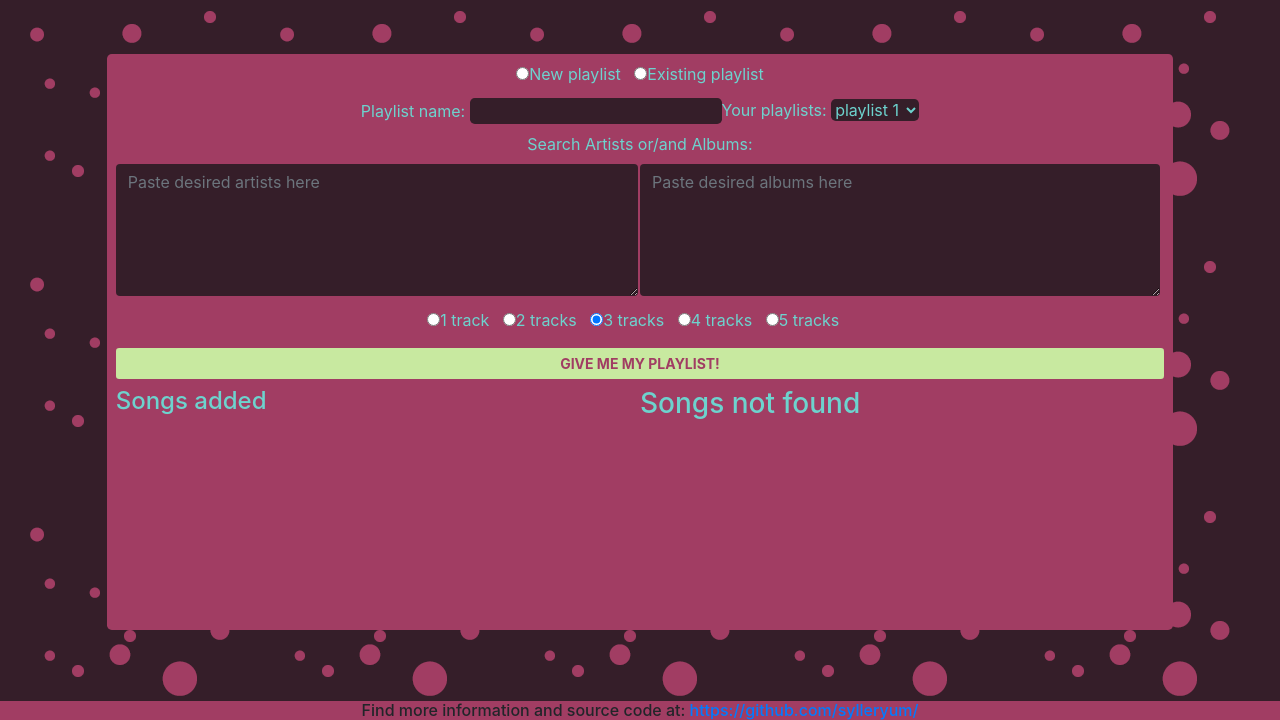
Repository: sylleryum/Frontend
Page: GetTopTracks/index.html
These files come from the project's save history. The page is drawn as it stood at one moment and after a run of saves; the edit follows.
The browser window is 1280 px wide. The pictures show the whole page.

Above is the page before, as saved 2019-10-13 18:30:21.

### GetTopTracks/index.html
<!doctype html>
<html lang="en">

<head>
     <title>Get top tracks from Artists and albums</title>
     <!-- Required meta tags -->
     <meta charset="utf-8">
     <meta name="viewport" content="width=device-width, initial-scale=1, shrink-to-fit=no">

     <!-- Bootstrap CSS -->
     <link rel="stylesheet" href="https://stackpath.bootstrapcdn.com/bootstrap/4.3.1/css/bootstrap.min.css"
          integrity="sha384-ggOyR0iXCbMQv3Xipma34MD+dH/1fQ784/j6cY/iJTQUOhcWr7x9JvoRxT2MZw1T" crossorigin="anonymous">

     <!-- main CSS-->
     <link rel="stylesheet" href="style.css">

</head>

<body class="background-master">
     <form action="searchTrack" id="submit-btn" onsubmit="return validation()">
          <div class="container-fluid h-95">
               <div class="row align-items-center justify-content-center h-95">
                    <div class="h-80 col-md-10 bg-4 text-1 rounded-lg pl-4 pr-4 pt-2 overflow-auto"  id="internal-container">

                         <div class="row main-select pb-1 justify-content-center">
                              <label><input type="radio" id="rNew" name="playlistRadio" value="new"
                                   onchange="radioChecker()">New
                              playlist&nbsp;&nbsp;&nbsp;</label>
                              <label><input type="radio" id="rExisting" name="playlistRadio" value="existing"
                                   onchange="radioChecker()">Existing
                              playlist</label>
                         </div>
                         <div class="row main-playlist pb-2 justify-content-center">
                              <div id="new-playlist" class="block-style">
                                   Playlist name: <input type="text" class="rounded-lg border-0 bg-5 text-1" id="playlistName"
                                        name="playlistName" />
                              </div>
                              <div id="existing-playlist" class="block-style">
                                   <span>Your playlists:</span>
                                   <select name="selectPlaylist" class="rounded-lg border-0 bg-5 text-1">
                                        <option>playlist 1</option>
                                        <option>playlist 2</option>
                                        <option>playlist 3</option>
                                        <option>playlist 4</option>
                                        <!-- <c:forEach var="items" items="${playlists}">
                                        <option value="${items.getId()}">${items.getName()}</option>
                                   </c:forEach> -->
                                   </select>
                              </div>
                         </div>
                         <div class="row pb-2 justify-content-center">
                              Search Artists or/and Albums:
                         </div>
                         <div class="row main-textarea form-group pr-1 mb-0 pb-2">
                              <div class="col-md-6 p-0 mb-1">
                                   <textarea class="textarea-search form-control md-textarea bg-5 text-1 border-0" rows="5" id="searchNameArtist"
                                        name="searchNameArtist" placeholder="Paste desired artists here"></textarea>
                              </div>
                              <div class="col-md-6 p-0 small-padding">
                                   <textarea class="textarea-search form-control md-textarea bg-5 text-1 border-0" rows="5" id="searchNameAlbum"
                                        name="searchNameAlbum" placeholder="Paste desired albums here"></textarea>
                              </div>
                         </div>
                         <div class="row track-amount pb-2 justify-content-center text-center">
                              <label><input type="radio" id="rAmount1" name="playlistRadio" value="rAmount2" onchange="">1 track&nbsp;&nbsp;&nbsp;</label>
                              <label><input type="radio" id="rAmount2" name="playlistRadio" value="rAmount2" onchange="">2 tracks&nbsp;&nbsp;&nbsp;</label>
                              <label><input type="radio" id="rAmount3" name="playlistRadio" value="rAmount3" checked onchange="">3 tracks&nbsp;&nbsp;&nbsp;</label>
                              <label><input type="radio" id="rAmount4" name="playlistRadio" value="rAmount4" onchange="">4 tracks&nbsp;&nbsp;&nbsp;</label>
                              <label><input type="radio" id="rAmount5" name="playlistRadio" value="rAmount4" onchange="">5 tracks&nbsp;&nbsp;&nbsp;</label>
                         </div>
                         <div class="row main-go pb-2 justify-content-center ">
                              <button type="submit" class="btn bg-2 btn-sm btn-block text-uppercase font-weight-bold text-4" id="submit-button">
                                   Give me my playlist!
                              </button>
                         </div>

                         <div class="row results-menu">
                              <div class="success col-md-6 p-0">
                                   <h4>Songs added</h4>

                              </div>
                              <div class="failure col-md-6 p-0">
                                   <h3>Songs not found</h3>

                              </div>
                         </div>

                    </div>

               </div>

          </div>
     </form>
     <footer class="text-center m-0 p-0 bg-4 footer-clear">
          <h6 class="p-0 m-0 text-w">Find more information and source code at: <a href="https://github.com/sylleryum/">
                    https://github.com/sylleryum/</a></h6>

     </footer>







     <!-- Optional JavaScript -->
     <!-- jQuery first, then Popper.js, then Bootstrap JS -->
     <script src="https://code.jquery.com/jquery-3.3.1.slim.min.js"
          integrity="sha384-q8i/X+965DzO0rT7abK41JStQIAqVgRVzpbzo5smXKp4YfRvH+8abtTE1Pi6jizo"
          crossorigin="anonymous"></script>
     <script src="https://cdnjs.cloudflare.com/ajax/libs/popper.js/1.14.7/umd/popper.min.js"
          integrity="sha384-UO2eT0CpHqdSJQ6hJty5KVphtPhzWj9WO1clHTMGa3JDZwrnQq4sF86dIHNDz0W1"
          crossorigin="anonymous"></script>
     <script src="https://stackpath.bootstrapcdn.com/bootstrap/4.3.1/js/bootstrap.min.js"
          integrity="sha384-JjSmVgyd0p3pXB1rRibZUAYoIIy6OrQ6VrjIEaFf/nJGzIxFDsf4x0xIM+B07jRM"
          crossorigin="anonymous"></script>
</body>

</html>

### GetTopTracks/style.css
.footer-clear {
     width: 100%;
     position: fixed;
     bottom: 0%;
}

.background-master {
     background: url(images/bb.png) repeat;
}

button:hover {
     background-color: #7d9263!important;
     text-decoration: underline!important;
}


.h-100 {
     min-height: 100vh;
}

.h-95 {
     min-height: 95vh;
}

.h-80 {
     min-height: 80vh;
     max-height: 90vh;
}

.bg-1 {
     background: #6dd3ce!important
}

.bg-2 {
     background: #c8e9a0!important
}

.bg-3 {
     background: #f7a278!important
}

.bg-4 {
     background: #a13d63!important
}

.bg-5 {
     background: #351e29!important
}

.text-1 {
     color: #6dd3ce!important
}

.text-2 {
     color: #c8e9a0!important
}

.text-3 {
     color: #f7a278!important
}

.text-4 {
     color: #a13d63!important
}

.text-5 {
     color: #351e29!important
}

@media screen and (min-width: 767px) {
     .small-padding {
          padding-left: 2px!important;
     }
}

After the next 2 saves:
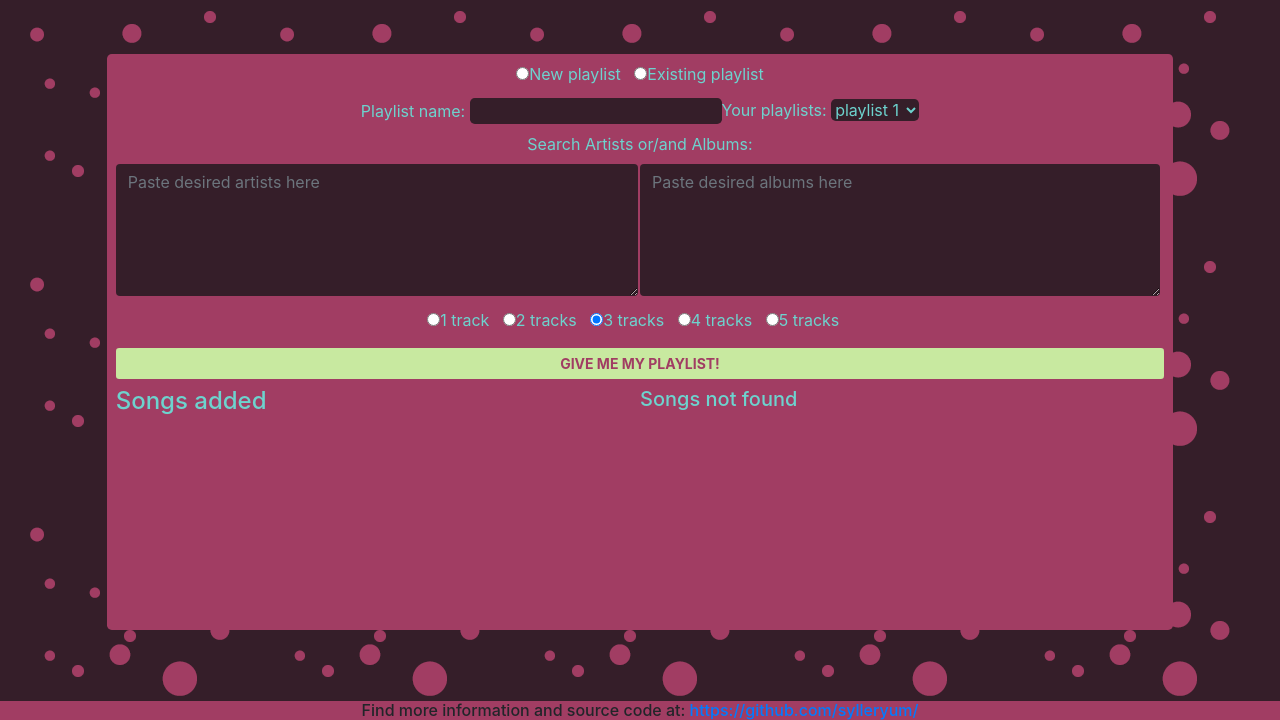
The 2 saves are shown as one change because they came seconds apart.
The last was saved 5 s later.
--- a/GetTopTracks/index.html
+++ b/GetTopTracks/index.html
@@ -80,7 +80,7 @@
 
                               </div>
                               <div class="failure col-md-6 p-0">
-                                   <h3>Songs not found</h3>
+                                   <h5>Songs not found</h5>
 
                               </div>
                          </div>
